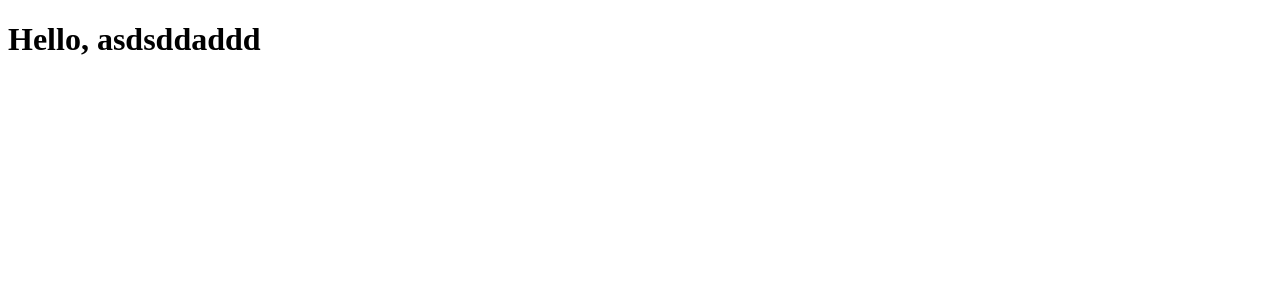
Repository: vans12345678/WEBD6201-W2021-Week1
Page: index.html
These files come from the project's save history. The page is drawn as it stood at one moment and after the next save; the edit follows.
The browser window is 1280 px wide. The pictures show the whole page.

Above is the page before, as saved 2021-01-13 09:11:58.

After the next save:
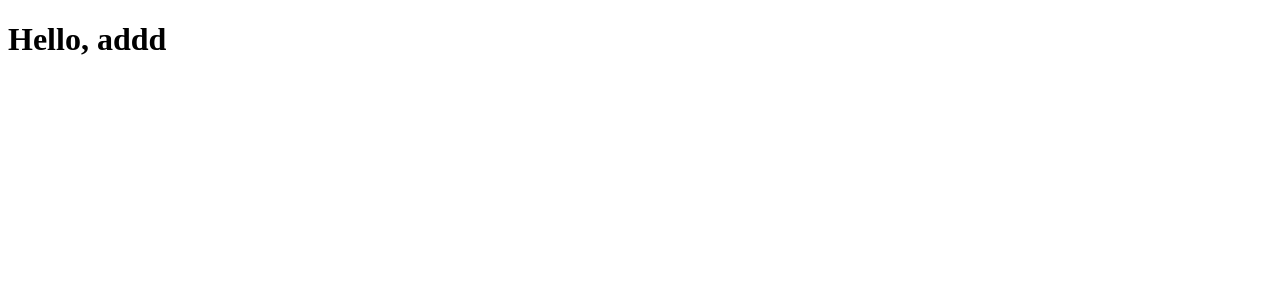
Saved 4 s later.
--- a/index.html
+++ b/index.html
@@ -8,7 +8,7 @@
 </head>
 <body>
     <div>
-        <h1>Hello, asdsddaddd</h1>
+        <h1>Hello, addd</h1>
     </div>
     <!-- JavaScript Section -->
 </body>
